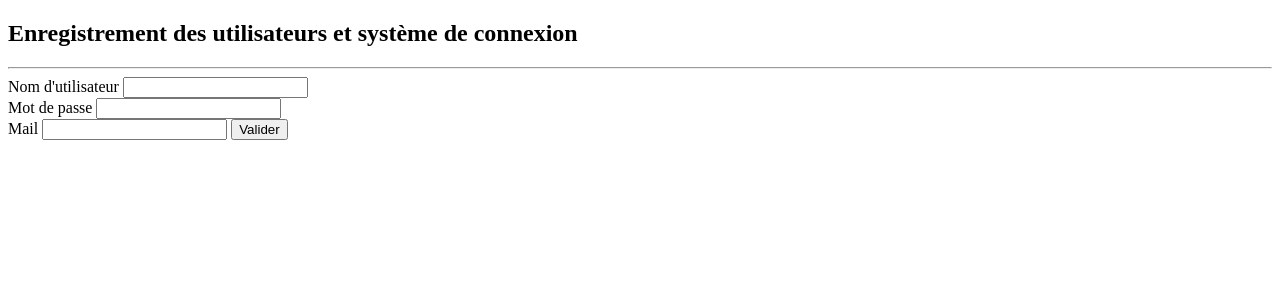
Repository: clairedupuich/serv_drone
Page: http://localhost/test.php
The author's editor kept a copy of each file at every save. The page is drawn from the files as they stood at one save, then again after the next save.
The browser window is 1280 px wide. The pictures show the whole page.
The page is run by PHP 8.4 with error messages shown; the project is at /var/www/html/.

Above is the page before, as saved 2021-06-01 20:36:02.

### test.php
<!DOCTYPE html>
<html lang="en">
<head>
    <meta charset="UTF-8">
    <meta http-equiv="X-UA-Compatible" content="IE=edge">
    <meta name="viewport" content="width=device-width, initial-scale=1.0">
    <title>Document</title>
</head>
<body>
    <?php
    //require_once("pdo.php");

    $hosthome = 'localhost';
    $database = 'servdrone';
    $userName = 'claire';
    $password = 'claire'; //此处直接链接数据库。pdo文件不能运行。


                try {
                    $connexion = 'mysql:host='.$hosthome.';port=3308;dbname='.$database;
                    $monPdo = new PDO($connexion, $userName, $password, array(PDO::ATTR_ERRMODE => PDO::ERRMODE_EXCEPTION));
                    if(isset($_POST["submit"])) {
                        if(isset($_POST["username"], $_POST["password"], $_POST["email"]) && !empty($_POST["username"])&& !empty($_POST["password"]) && !empty($_POST["email"])) {
                            //echo "bonjour".$_POST["username"];
                            $firstname = $_POST["username"];
                            $password = $_POST["password"];
                            $email = $_POST["email"];
                            //$pdo = MonPdo::utiliserPdo(); // tu te connectes à PDO
                            $sql = "INSERT INTO `users` (`firstName`, `password`, `email`) VALUES ('".$firstname."', '".$password."', '".$email."')";
                            $requete = $monPdo->prepare($sql);
                            $requete->execute();

                       } else {
                           echo "entrer un nom";
                       }
                    }

                } catch(PDOException $exception){
                    $errorMessage = "Erreur de connexion à la base de données".$exception->getMessage();
                    die($errorMessage);
                }



    // $_POST = [
    //     "username" => "claire"
    //     "password" => "123"
            //"email" => "n;,n;,n",
            //"submit" => "submit"


    // ]


    ?>
     <h2>Enregistrement des utilisateurs et système de connexion</h2>
<hr>
        <form action="#" method="POST">



                <label for="pseudo">Nom d'utilisateur</label>
                <input type="text" id ="pseudo" name="username"><br>


                <label for="pwd">Mot de passe</label>
                <input type="password" name="password" id="pwd"><br>

                <label for="mail">Mail</label>
                <input type="email" name="email" id="mail">

                <button type="submit" name="submit" value="submit">Valider</button>

        </form>
    </body>
</html>

After the next save:
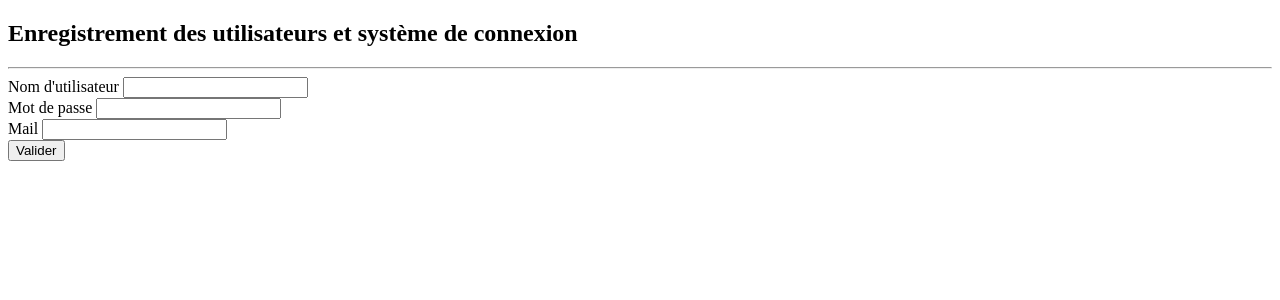
Saved 58 s later.
--- a/test.php
+++ b/test.php
@@ -67,7 +67,7 @@
                 <input type="password" name="password" id="pwd"><br>
 
                 <label for="mail">Mail</label>
-                <input type="email" name="email" id="mail">
+                <input type="email" name="email" id="mail"><br>
 
                 <button type="submit" name="submit" value="submit">Valider</button>
 
